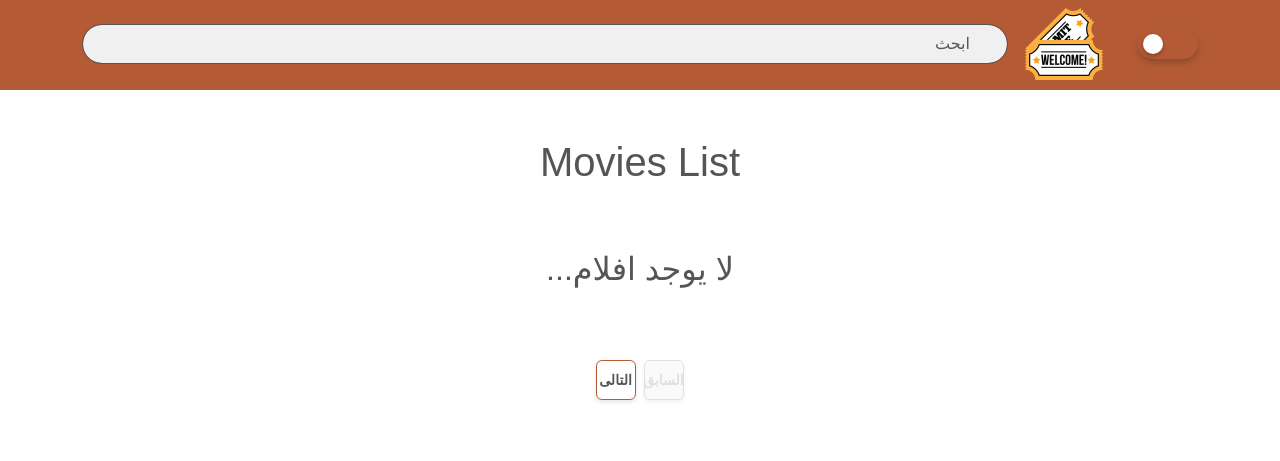
Repository: kerlos-alfy/Movie-List
Page: /
An editor plug-in stored every save of this project. The page is shown before and after the next save, followed by the edit.
The browser window is 1280 px wide. The pictures show the whole page.
The page's requests for data from a server got no answer. The project was rebuilt for these pictures with package versions that can differ from the ones it lists, and the page was loaded fresh each time. No one was signed in, and anything a server would have sent is missing. Also part of the build but not shown: vite.config.js, src/App.css, src/components/CardMovie.jsx.

Above is the page before, as saved 2025-01-16 05:19:40.

### index.html
<!DOCTYPE html>
<html lang="ar" dir="rtl">
	<head>
		<meta charset="UTF-8" />
		<link rel="icon" type="image/svg+xml" href="https://www.svgrepo.com/show/289436/movies-clapperboard.svg" />
		<link
			rel="stylesheet"
			href="https://cdn.jsdelivr.net/npm/bootstrap@5.3.3/dist/css/bootstrap.min.css"
			integrity="sha384-QWTKZyjpPEjISv5WaRU9OFeRpok6YctnYmDr5pNlyT2bRjXh0JMhjY6hW+ALEwIH"
			crossorigin="anonymous" />
		<meta name="viewport" content="width=device-width, initial-scale=1.0" />
		<title>Movies List</title>
	</head>
	<body>
		<div id="root"></div>
		<script type="module" src="/src/main.jsx"></script>
	</body>
</html>

### src/index.css
/* المتغيرات العامة */
:root {
	--background-color: white;
	--text-color: #555555;
	--primary-color: #b45b35;
	--card-background: #f8f8f8;
	--overlay-background: #393839;
}

/* الوضع الداكن */
.dark-mode {
	--background-color: #121212;
	--text-color: #f0f0f0;
	--primary-color: #ff6f61;
	--card-background: #1e1e1e;
	--overlay-background: #333333;
}

/* أنماط عامة */
body {
	margin: 0;
	background-color: var(--background-color);
	color: var(--text-color);
}

.color-body {
	background-color: var(--background-color);
	height: 100vh;
}

.nav-style {
	height: 90px;
	width: 1440px;
	background-color: var(--primary-color);
}

.logo {
	height: 72px;
	width: 78px;
}

.search {
	position: relative;
}

.search input {
	height: 40px;
	text-indent: 25px;
	border-radius: 20px;
	border: 1px solid var(--text-color);
	background-color: #f0f0f0;
	color: var(--text-color);
}

.search input:focus {
	box-shadow: none;
	border: 2px solid var(--primary-color);
}

.search .fa-search {
	position: absolute;
	top: 12px;
	left: 16px;
	color: var(--text-color);
}

.card {
	position: relative;
	transition: all 0.5s ease-in;
	cursor: pointer;
	height: 375px;
}

.card__image {
	display: block;
	width: 100%;
	height: 100%;
	border-radius: 5px;
}

.card__overlay {
	position: absolute;
	top: 0;
	bottom: 0;
	left: 0;
	right: 0;
	height: 100%;
	width: 100%;
	opacity: 0;
	visibility: none;
	transition: 0.5s ease;
	background-color: var(--overlay-background);
}

.card:hover .card__overlay {
	opacity: 0.8;
}

.overlay__text {
	color: var(--text-color);
	font-size: 16px;
	font-weight: bold;
	position: absolute;
	top: 50%;
	left: 50%;
	-webkit-transform: translate(-50%, -50%);
	-ms-transform: translate(-50%, -50%);
	transform: translate(-50%, -50%);
}

.font {
	font-family: "Almarai", sans-serif;
	font-family: "Cairo", sans-serif;
}

.color {
	color: var(--primary-color);
	background-color: var(--primary-color);
}

.card-detalis {
	height: 370px;
	border-radius: 20px;
	background-color: var(--card-background);
}

.card-story {
	height: 300px;
	border-radius: 20px;
	background-color: var(--card-background);
}

.img-movie {
	height: 360px;
	padding: 10px;
	border-radius: 20px;
}

.card-text-details {
	color: var(--text-color);
	font-family: Almarai;
	font-size: 28px;
	font-weight: bold;
	letter-spacing: 0;
	line-height: 49px;
}

.card-text-story {
	color: var(--text-color);
	font-family: Almarai;
	font-size: 18px;
	letter-spacing: 0;
	line-height: 32px;
}

.card-text-title {
	color: var(--text-color);
	font-family: Almarai;
	font-size: 36px;
	font-weight: bold;
	letter-spacing: 0;
	line-height: 49px;
}

.toggle-btn {
	position: relative;
	width: 60px;
	height: 30px;
	background-color: var(--primary-color);
	border-radius: 15px;
	cursor: pointer;
	transition: background-color 0.3s ease-in-out;
	display: flex;
	align-items: center;
	padding: 5px;
	box-shadow: 0 4px 6px rgba(0, 0, 0, 0.2);
}

.toggle-btn::before {
	content: "";
	position: absolute;
	top: 50%;
	left: 5px;
	width: 20px;
	height: 20px;
	background-color: #fff;
	border-radius: 50%;
	transform: translateY(-50%);
	transition: all 0.3s ease-in-out;
	box-shadow: 0 2px 4px rgba(0, 0, 0, 0.3);
}

.toggle-btn.dark {
	background-color: #555;
}

.toggle-btn.dark::before {
	left: 35px;
}

.pagination {
	display: flex;
	justify-content: center;
	align-items: center;
	gap: 8px; /* مسافة بين الأزرار */
	padding: 10px;
	border-radius: 10px;
}

.pagination .page-item {
	list-style: none;
}

.pagination .page-link {
	background-color: var(--background-color, white); /* خلفية الزر */
	color: var(--text-color, #555555); /* لون النص */
	border: 1px solid var(--primary-color, #b45b35); /* الإطار */
	border-radius: 6px; /* حواف مستديرة */
	width: 40px;
	height: 40px;
	display: flex;
	justify-content: center;
	align-items: center;
	font-weight: bold;
	font-size: 14px;
	transition: all 0.3s ease-in-out;
	box-shadow: 0 2px 4px rgba(0, 0, 0, 0.1); /* ظل خفيف للأزرار */
}

.pagination .page-link:hover {
	background-color: var(--primary-color, #b45b35);
	color: var(--background-color, white);
	transform: scale(1.1); /* تكبير بسيط عند التمرير */
	box-shadow: 0 4px 8px rgba(0, 0, 0, 0.2); /* ظل أقوى عند التمرير */
}

.pagination .page-item.active .page-link {
	background-color: var(--primary-color, #b45b35); /* لون الأزرار النشطة */
	color: var(--background-color, white);
	border-color: var(--primary-color, #b45b35);
	font-weight: bold;
	box-shadow: 0 3px 6px rgba(0, 0, 0, 0.15);
}

.pagination .page-item.disabled .page-link {
	background-color: var(--card-background, #f8f8f8);
	color: #cccccc;
	border: 1px solid #cccccc;
	pointer-events: none;
	opacity: 0.6; /* تأثير تعتيم للأزرار المعطلة */
}

.pagination .page-link:focus {
	outline: none;
	box-shadow: 0 0 0 3px var(--overlay-background, #393839); /* تأثير التركيز */
}

### src/App.jsx
import "./App.css";
import { Container } from "react-bootstrap";
import NavBar from "./components/NavBar";
import MoviesList from "./components/MoviesList";
import axios from "axios";
import { useState, useEffect } from "react";
function App() {
	const [movies, setMovies] = useState([]);
	const [pageCount, setPageCount] = useState(0);
	const getAllMovies = async () => {
		const res = await axios.get("https://api.themoviedb.org/3/movie/popular?api_key=3ac2c05f95f92e69875f1b70453ca0cd&language=ar");
		setMovies(res.data.results);
		setPageCount(res.data.total_pages);
	};
	const search = async (word) => {
		if (word === "") {
			getAllMovies();
		} else {
			const res = await axios.get(`https://api.themoviedb.org/3/search/movie?api_key=3ac2c05f95f92e69875f1b70453ca0cd&query=${word}&language=ar`);
			setMovies(res.data.results);
			setPageCount(res.data.total_pages);
		}
	};

	//get current page
	const getPage = async (page) => {
		const res = await axios.get(`https://api.themoviedb.org/3/movie/popular?api_key=3ac2c05f95f92e69875f1b70453ca0cd&language=ar&page=${page}`);
		setMovies(res.data.results);
		setPageCount(res.data.total_pages);
	};

	useEffect(() => {
		getAllMovies();
	}, []);
	return (
		<div className="font color-body">
			<NavBar search={search} />
			<Container>
				<h1 className="text-center mt-5">Movies List</h1>
				<MoviesList movies={movies} pageCount={pageCount} getPage={getPage} />
			</Container>
		</div>
	);
}

export default App;

### src/components/NavBar.jsx
/* eslint-disable react/prop-types */
import { Container, Row, Col } from "react-bootstrap";
import DarkModeToggle from "./DarkModeToggle";

function NavBar({ search }) {
	const onSearch = (word) => {
		search(word);
	};
	return (
		<div className="nav-style w-100">
			<Container>
				<Row className="pt-2">
					{/* زر الوضع الداكن */}
					<Col xs="2" lg="1" className="d-flex align-items-center">
						<DarkModeToggle />
					</Col>

					{/* الشعار */}
					<Col xs="2" lg="1" className="d-flex align-items-center">
						<a href="/">
							<img className="logo" src="logo.png" alt="Logo" />
						</a>
					</Col>

					{/* مربع البحث */}
					<Col xs="8" lg="10" className="d-flex align-items-center">
						<div className="search w-100">
							<i className="fa fa-search"></i>
							<input
								onChange={(e) => {
									onSearch(e.target.value);
								}}
								type="text"
								className="form-control"
								placeholder="ابحث"
							/>
						</div>
					</Col>
				</Row>
			</Container>
		</div>
	);
}

export default NavBar;

### src/components/MoviesList.jsx
/* eslint-disable react/prop-types */
import { Row } from "react-bootstrap";
import CardMovie from "./CardMovie";
import PaginationComponent from "./Pagination";
function MoviesList({ movies, pageCount, getPage }) {
	return (
		<Row className="mt-3">
			{movies.length >= 1 ? (
				movies.map((mov) => {
					return <CardMovie key={mov.id} mov={mov} />;
				})
			) : (
				<h2 className="text-center p-5">لا يوجد افلام...</h2>
			)}
			<PaginationComponent pageCount={pageCount} getPage={getPage} />
		</Row>
	);
}

export default MoviesList;

### src/components/DarkModeToggle.jsx
import { useState, useEffect } from "react";
function DarkModeToggle() {
	const [isDarkMode, setIsDarkMode] = useState(() => {
		return localStorage.getItem("dark-mode") === "true" || false;
	});

	useEffect(() => {
		if (isDarkMode) {
			document.body.classList.add("dark-mode");
		} else {
			document.body.classList.remove("dark-mode");
		}
		localStorage.setItem("dark-mode", isDarkMode);
	}, [isDarkMode]);

	return <div className={`toggle-btn ${isDarkMode ? "dark" : ""}`} onClick={() => setIsDarkMode(!isDarkMode)}></div>;
}

export default DarkModeToggle;

### src/components/Pagination.jsx
/* eslint-disable react/prop-types */
import ReactPaginate from "react-paginate";
import { Pagination } from "react-bootstrap";

function PaginationComponent({ pageCount, getPage }) {
	const handlePageClick = (data) => {
		getPage(data.selected + 1);
	};
	return (
		<ReactPaginate
			breakLabel="..."
			nextLabel="التالى"
			onPageChange={handlePageClick}
			marginPagesDisplayed={2}
			pageRangeDisplayed={2}
			pageCount={pageCount}
			previousLabel="السابق"
			containerClassName={"pagination justify-content-center p-3"}
			pageClassName={"page-item"}
			pageLinkClassName={"page-link"}
			previousClassName={"page-item"}
			nextClassName={"page-item"}
			previousLinkClassName={"page-link"}
			nextLinkClassName={"page-link"}
			breakClassName={"page-item"}
			breakLinkClassName={"page-link"}
			activeClassName={"active"}
		/>
	);
}

export default PaginationComponent;

Loaded but not shown: src/main.jsx (common file)

After the next save:
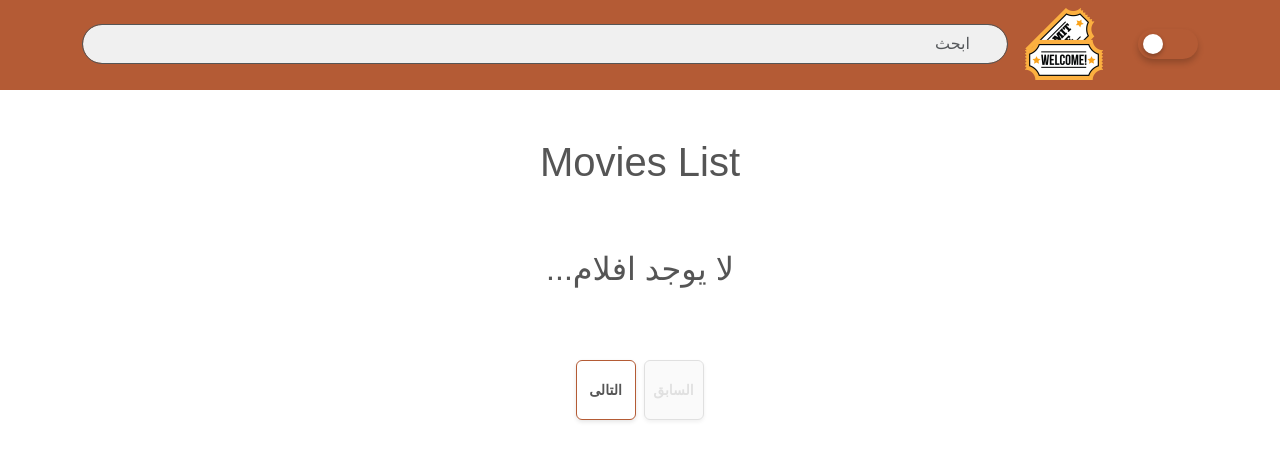
Saved 13 s later.
--- a/src/index.css
+++ b/src/index.css
@@ -216,8 +216,8 @@ body {
 	color: var(--text-color, #555555); /* لون النص */
 	border: 1px solid var(--primary-color, #b45b35); /* الإطار */
 	border-radius: 6px; /* حواف مستديرة */
-	width: 40px;
-	height: 40px;
+	width: 60px;
+	height: 60px;
 	display: flex;
 	justify-content: center;
 	align-items: center;
